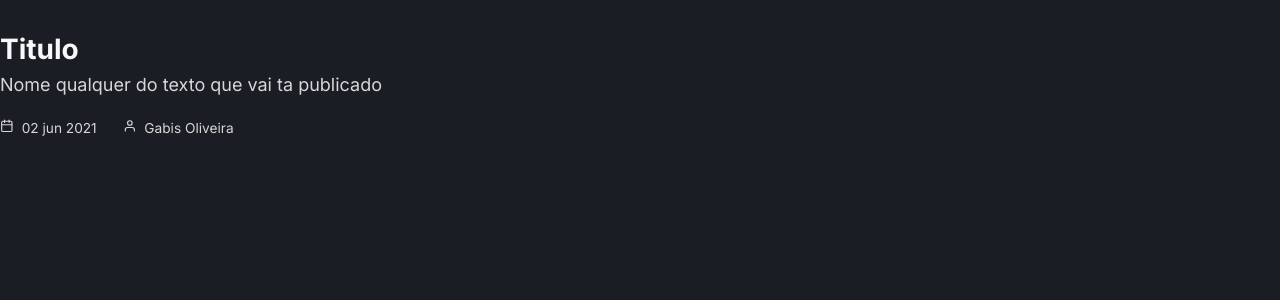
Repository: gabrielarochaf/zeroprojectBlog
Page: /
These files come from the project's save history. The page is drawn as it stood at one moment and after the next save; the edit follows.
The browser window is 1280 px wide. The pictures show the whole page.
The project was rebuilt for these pictures with package versions that can differ from the ones it lists, and the page was loaded fresh each time. The framework's server and built-in components were replaced by stand-ins that run in the browser.

Above is the page before, as saved 2021-07-09 14:08:39.

After the next save:
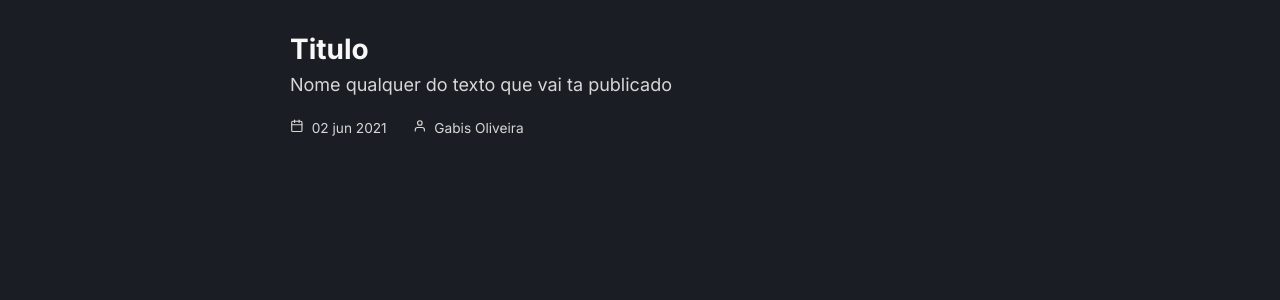
Saved 5 s later.
--- a/src/pages/index.tsx
+++ b/src/pages/index.tsx
@@ -37,7 +37,7 @@ interface HomeProps {
 export default function Home(): JSX.Element {
   return (
     <>
-      <main className={commonStyles.Container}>
+      <main className={commonStyles.container}>
         <div className={styles.posts}>
           <Link href="/">
             <a className={styles.post}>
